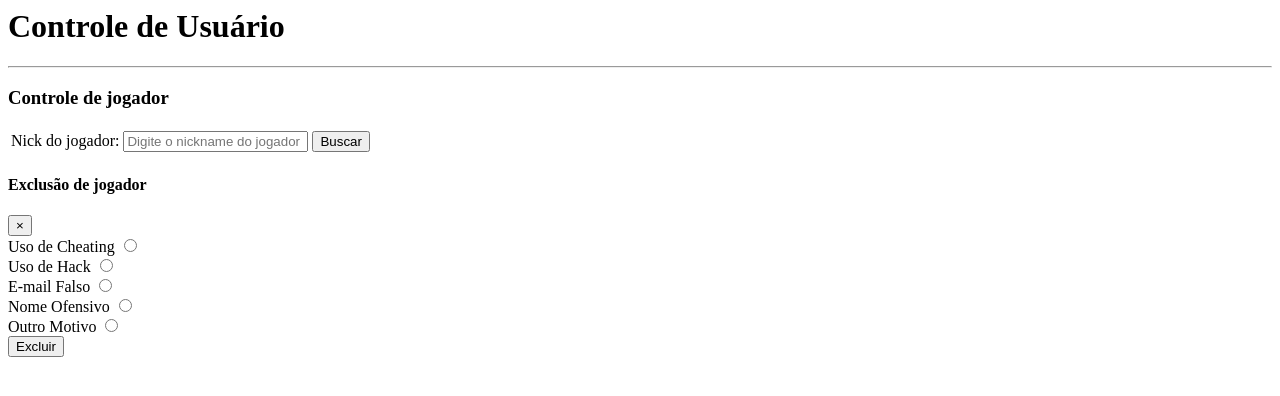
Repository: cavrau/workspaceTbog
Page: the Battle for Gondria/WebContent/system/admin/controle.html
An editor plug-in stored every save of this project. The page is shown before and after the next save, followed by the edit.
The browser window is 1280 px wide. The pictures show the whole page.

Above is the page before, as saved 2018-08-18 18:59:10.
Console error: ReferenceError: consultaUsuario is not defined

### the Battle for Gondria/WebContent/system/admin/controle.html
<h1>Controle de Usuário</h1>
<hr id="hr_controle">

<div id="div_buscar">

  <h3>Controle de jogador</h3>
  <form method="post" action="">
    <table id="table_buscar">
      <tbody>
        <tr>
          <td>
            <label for="input_consultar">Nick do jogador:</label>
          </td>
          <td>
            <input type="text" name="txt_consultar" id="input_consultar" placeholder="Digite o nickname do jogador">
          </td>
          <td>
            <button type="button" name="btn_buscar" onclick="javascript:carregaDados('controle')" class="btn btn-primary" >Buscar</button>
          </td>
        </tr>
      </tbody>
    </table>
  </form>

  <div id="div_jogador">

  </div>

</div>

<!-- Inicio Modal - Excluír jogador -->
<div class="modal fade " id="modalExcluir exclui_jogador" role="dialog">
  <div class="modal-dialog">

    <div class="modal-content">

      <div class="modal-header">
        <h4 class="modal-title">Exclusão de jogador</h4>
        <button type="button" class="close" data-dismiss="modal">&times;</button>
      </div>

      <div class="modal-body">
        <div id="div_banidoPor"></div>
        <div id="div_motivos">
          <label for="banir_1">Uso de Cheating</label>
          <input type="radio" name="rd_banir" id="banir_1" value="1"><br>
          <label for="banir_2">Uso de Hack</label>
          <input type="radio" name="rd_banir" id="banir_2" value="2"><br>
          <label for="banir_3">E-mail Falso</label>
          <input type="radio" name="rd_banir" id="banir_3" value="3"><br>
          <label for="banir_4">Nome Ofensivo</label>
          <input type="radio" name="rd_banir" id="banir_4" value="4"><br>
          <label for="banir_5">Outro Motivo</label>
          <input type="radio" name="rd_banir" id="banir_5" value="5">
        </div>
      </div>
      <div class="modal-footer">
        <button type="button" name="btn_excluiJogador" class="btn btn-danger">Excluir</button>
      </div>
    </div>
  </div>
</div>
<script type="text/javascript" >
consultaUsuario("controle","0",null);
</script>
<!-- Fim Modal - Excluír jogador -->

After the next save:
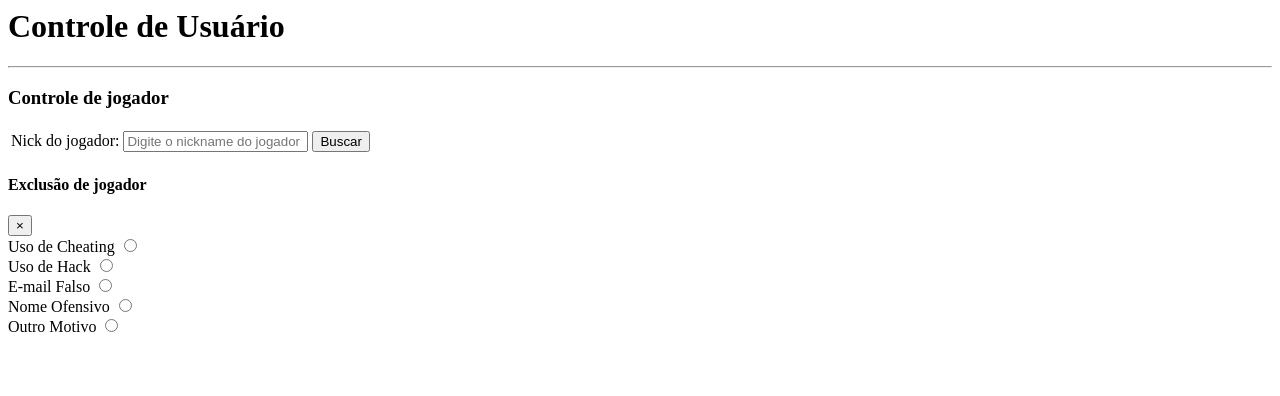
Saved 22 s later.
--- a/the Battle for Gondria/WebContent/system/admin/controle.html
+++ b/the Battle for Gondria/WebContent/system/admin/controle.html
@@ -54,9 +54,6 @@
           <input type="radio" name="rd_banir" id="banir_5" value="5">
         </div>
       </div>
-      <div class="modal-footer">
-        <button type="button" name="btn_excluiJogador" class="btn btn-danger">Excluir</button>
-      </div>
     </div>
   </div>
 </div>
